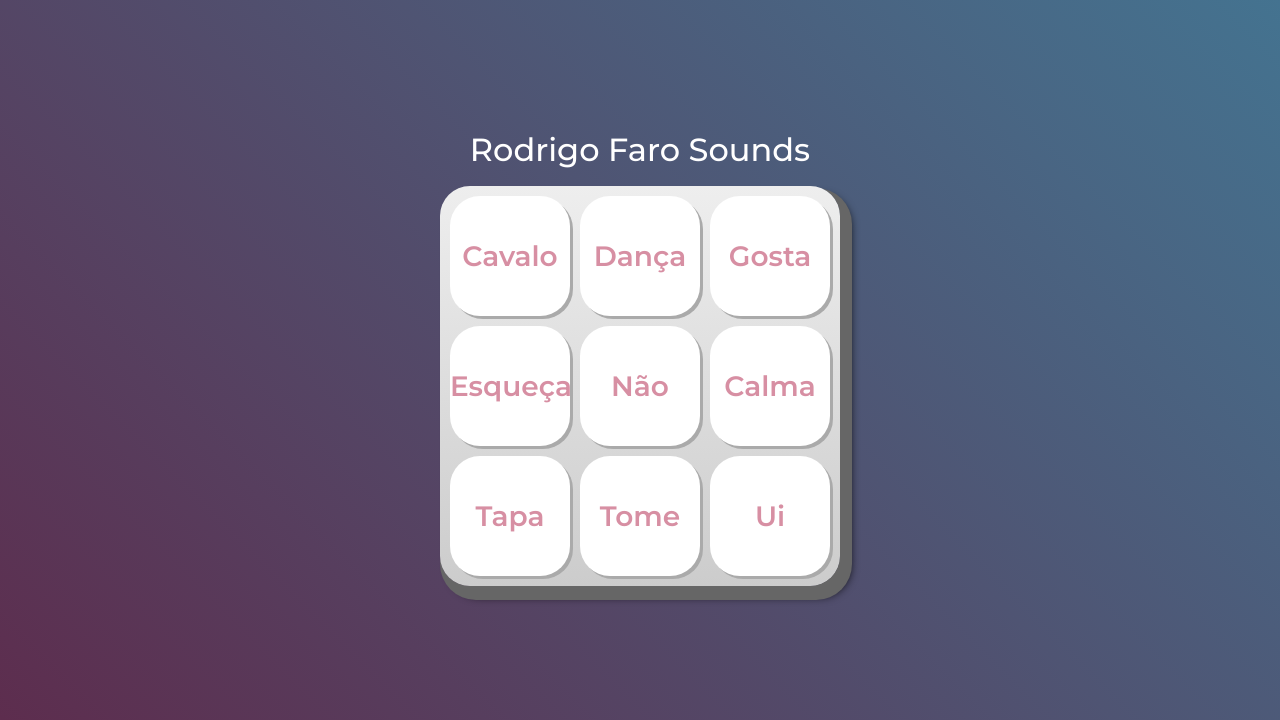
Repository: barbara-teresa-toledo/rodrigo-faro-sounds
Page: index.html
The author's editor kept a copy of each file at every save. The page is drawn from the files as they stood at one save, then again after the next save.
The browser window is 1280 px wide. The pictures show the whole page.

Above is the page before, as saved 2022-08-02 16:22:19.

### index.html
<!DOCTYPE html>
<html lang="pt-BR">
<head>
    <meta charset="UTF-8">
    <meta http-equiv="X-UA-Compatible" content="IE=edge">
    <meta name="viewport" content="width=device-width, initial-scale=1.0">

    <title>Rodrigo Faro Sounds</title>

    <link rel="preconnect" href="https://fonts.googleapis.com">
    <link rel="preconnect" href="https://fonts.gstatic.com" crossorigin>
    <link href="https://fonts.googleapis.com/css2?family=Montserrat:wght@500;600&display=swap" rel="stylesheet">

    <link rel="icon" type="image/png" href="images/bateria.png">
    <link rel="stylesheet" href="css/reset.css">
    <link rel="stylesheet" href="css/estilos.css">

</head>
<body>

    <h1>Rodrigo Faro Sounds</h1>

    <section class="teclado">
        <button class="tecla tecla_cavalo">Cavalo</button>
        <button class="tecla tecla_danca">Dança</button>
        <button class="tecla tecla_gosta">Gosta</button>

        <button class="tecla tecla_esqueca">Esqueça</button>
        <button class="tecla tecla_nao">Não</button>
        <button class="tecla tecla_calma">Calma</button>

        <button class="tecla tecla_tapa">Tapa</button>
        <button class="tecla tecla_tome">Tome</button>
        <button class="tecla tecla_ui">Ui</button>
    </section>

    <audio src="sounds/cavalo.wav" id="som_tecla_cavalo"></audio>
    <audio src="sounds/danca.wav" id="som_tecla_danca"></audio>
    <audio src="sounds/gosta.wav" id="som_tecla_gosta"></audio>
    <audio src="sounds/esqueca.wav" id="som_tecla_esqueca"></audio>
    <audio src="sounds/nao.wav" id="som_tecla_nao"></audio>
    <audio src="sounds/calma.wav" id="som_tecla_calma"></audio>
    <audio src="sounds/tapa.wav" id="som_tecla_tapa"></audio>
    <audio src="sounds/tome.wav" id="som_tecla_tome"></audio>
    <audio src="sounds/ui.wav" id="som_tecla_ui"></audio>

    <script src="main.js"></script>

</body>
</html>

### css/estilos.css
:root {
  --cinza: #aaa;
  --rosa: #d78fa3;
  --vermelha-escura: #af303f;
  --branca: #fff;
  --luz: #a8bdc2;
}

body {
  align-items: center;
  background: linear-gradient(45deg, #5d2d4e 0%,#447390 100%);
  display: flex;
  justify-content: center;
  flex-direction: column;
  font-family: 'Montserrat', sans-serif;
  min-height: 100vh;
}

h1 {
  color: var(--branca);
  margin-bottom: 20px;
  font-size: 2rem;
}

.teclado {
  background: linear-gradient(to bottom, #eeeeee 0%,#cccccc 100%);
  box-shadow: 6px 8px 0 6px #666, 10px 10px 10px #000;
  border-radius: 30px;
  display: grid;
  gap: 10px;
  grid-template-columns: repeat(3, 1fr);
  padding: 10px;
}

.tecla {
  background-color: var(--branca);
  border-radius: 30px;
  box-shadow: 3px 3px 0 var(--cinza);
  color: var(--rosa);
  cursor: pointer;
  height: 120px;
  font-size: 1.75em;
  font-weight: bold;
  line-height: 120px;
  text-align: center;
  width: 120px;
}

.tecla.ativa,
.tecla:active {
  background-color: var(--rosa);
  border: 4px solid  var(--rosa);
  box-shadow: 3px 3px 0 var(--vermelha-escura) inset;
  color: var(--branca);
  outline: none;
}

.tecla.focus,
.tecla:focus {
  outline: none;
  box-shadow: 1px 1px 10px var(--luz);
}

.tecla.ativa:focus,
.tecla:active:focus {
  box-shadow: 3px 3px 0 var(--vermelha-escura) inset, 1px 1px 10px var(--luz);
}

### main.js
function tocaSom (seletorAudio) {
    const elemento = document.querySelector(seletorAudio);

    if (elemento && elemento.localName === 'audio') {
        elemento.play();
    }
    else {
        //alert('Elemento não encontrado');
        console.log('Elemento não encontrado ou seletor inválido');
    }

}

const listaDeTeclas = document.querySelectorAll('.tecla');

//para
for (let contador = 0; contador < listaDeTeclas.length; contador++) {

    const tecla = listaDeTeclas[contador];
    const instrumento = tecla.classList[1];
    const idAudio = `#som_${instrumento}`; //template string

    tecla.onclick = function () {
        tocaSom(idAudio);
    }

    tecla.onkeydown = function (evento) {

        if (evento.code === 'Space' || evento.code === 'Enter') {
            tecla.classList.add('ativa');
        }

    }

    tecla.onkeyup = function () {
        tecla.classList.remove('ativa');
    }

}

Loaded but not shown: css/reset.css (common file)

After the next save:
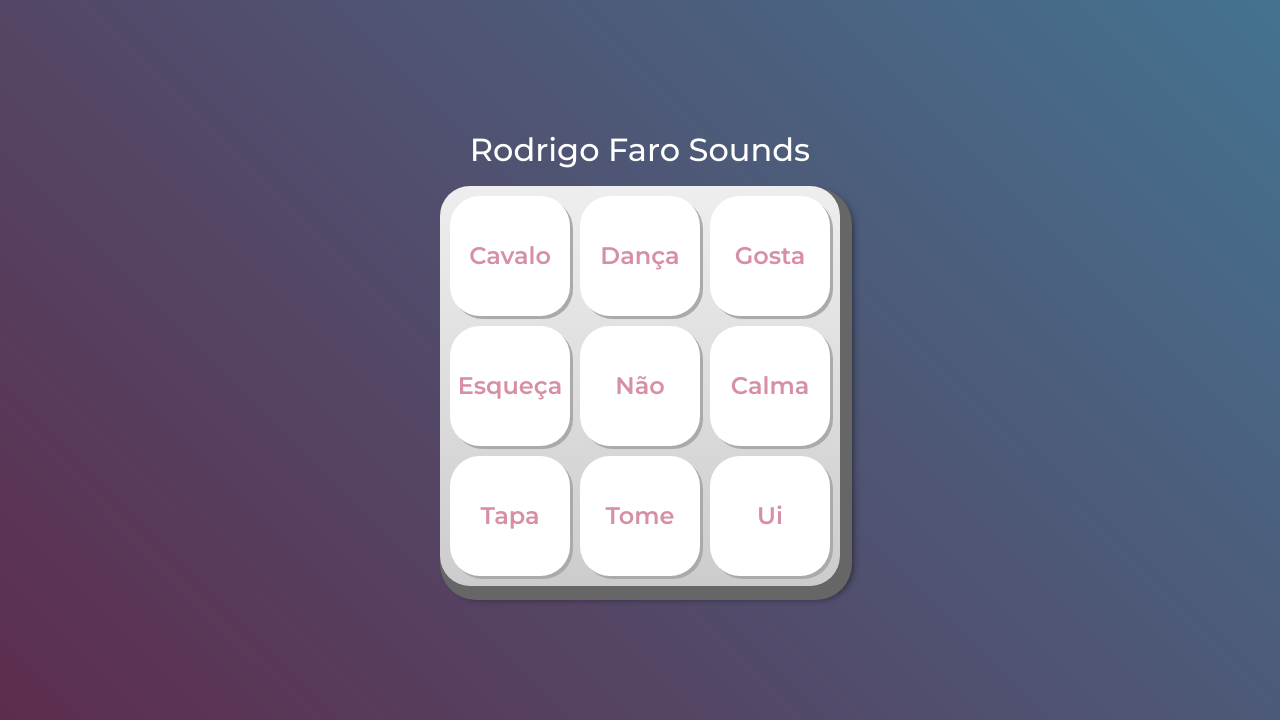
Saved 60 s later.
--- a/css/estilos.css
+++ b/css/estilos.css
@@ -39,7 +39,7 @@
   color: var(--rosa);
   cursor: pointer;
   height: 120px;
-  font-size: 1.75em;
+  font-size: 1.5em;
   font-weight: bold;
   line-height: 120px;
   text-align: center;
